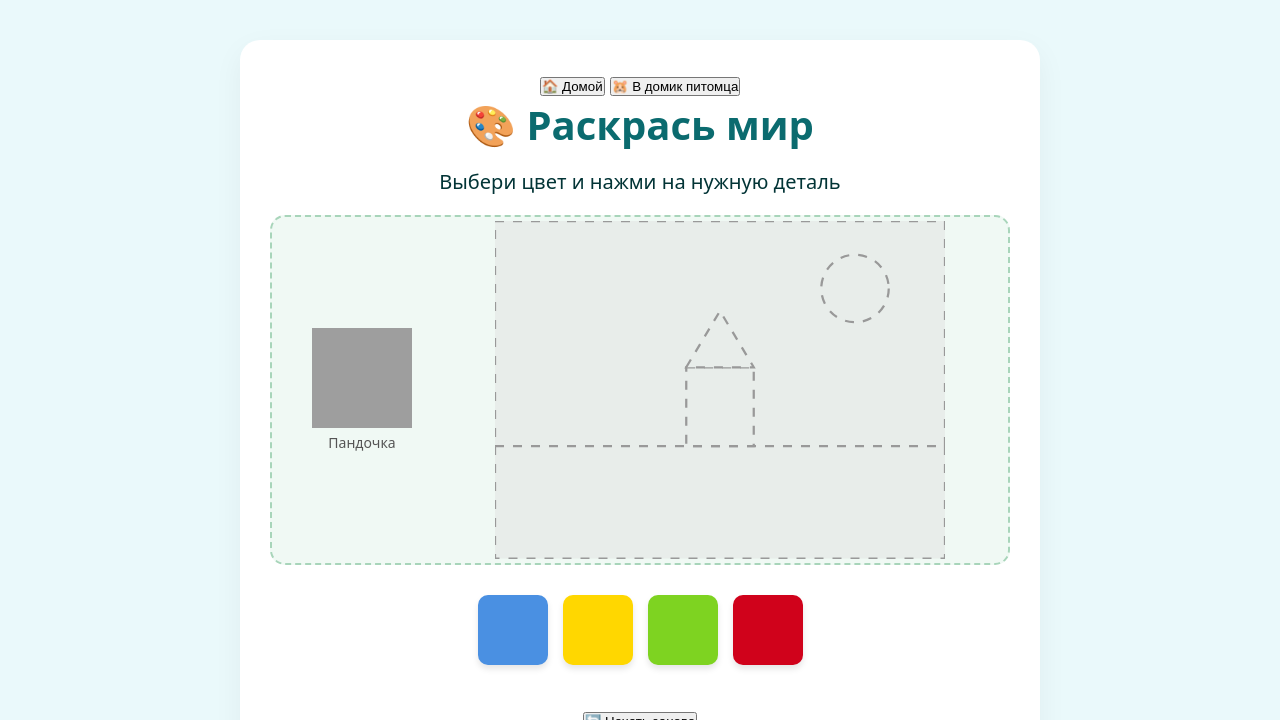
Repository: HOADF/kids-career-world
Page: games/artist/artist-game.html
The author's editor kept a copy of each file at every save. The page is drawn from the files as they stood at one save, then again after the next save.
The browser window is 1280 px wide. The pictures show the whole page.
Pictures or frames that could not be fetched are drawn as grey boxes. An inner scrolling area shows only its first screen.

Above is the page before, as saved 2026-03-10 12:12:49.

### games/artist/artist-game.html
<!DOCTYPE html>
<html lang="ru">
<head>
    <meta charset="UTF-8">
    <meta name="viewport" content="width=device-width, initial-scale=1.0">
    <title>Уровень 1 — Пандочка-художник</title>
    <link rel="stylesheet" href="../../style.css">
    <link rel="stylesheet" href="artist-style.css">
</head>
<body>

    <div class="main-card">
        <div class="nav-buttons">
            <button class="btn-nav">🏠 Домой</button>
            <button class="btn-nav">🐹 В домик питомца</button>
        </div>

        <div class="game-header">
            <h1>🎨 Раскрась мир</h1>
            <p>Выбери цвет и нажми на нужную деталь</p>
        </div>

        <div class="game-board">
            <div class="pet-side">
                <div id="speech-bubble" class="bubble hidden"></div>
                <img src="../../pets/artist.svg" alt="Пандочка" class="pet-img">
                <span class="pet-name">Пандочка</span>
            </div>

            <div class="canvas-area">
                <svg viewBox="0 0 200 150" id="paint-svg">
                    <rect id="sky" class="paint-area" data-correct="blue" data-name="Небо" x="0" y="0" width="200" height="100" />
                    <rect id="ground" class="paint-area" data-correct="green" data-name="Травка" x="0" y="100" width="200" height="50" />

                    <circle id="sun" class="paint-area" data-correct="yellow" data-name="Солнышко" cx="160" cy="30" r="15" />

                    <rect id="house" class="paint-area" data-correct="red" data-name="Домик" x="85" y="65" width="30" height="35" />
                    <path id="roof" class="paint-area" data-correct="red" data-name="Крыша" d="M85 65 L100 40 L115 65 Z" />
                </svg>
            </div>
        </div>

        <div class="palette">
            <div class="color-item" id="blue" data-color="blue" data-hex="#4A90E2" style="background-color: #4A90E2;"></div>
            <div class="color-item" id="yellow" data-color="yellow" data-hex="#FFD700" style="background-color: #FFD700;"></div>
            <div class="color-item" id="green" data-color="green" data-hex="#7ED321" style="background-color: #7ED321;"></div>
            <div class="color-item" id="red" data-color="red" data-hex="#D0021B" style="background-color: #D0021B;"></div>
        </div>

        <div class="bottom-nav">
            <button onclick="location.reload()" class="btn-action">🔄 Начать заново</button>
            <button id="finish-btn" class="btn-action hidden">🏠 На главную</button>
        </div>
    </div>

    <script src="artist-game.js"></script>
</body>
</html>

### style.css
/* ---------- Базовые стили ---------- */

:root {
  --color-bg: #eaf9fb;
  --color-accent: #ffb44a;
  --color-text: #023436;
  --color-subtle: #0b6b6f;
  --color-white: #ffffff;

  --transition-fast: 0.3s ease;
  --transition-slow: 0.6s ease;
}

* {
  box-sizing: border-box;
  margin: 0;
  padding: 0;
}

html, body {
  width: 100%;
  height: 100%;
  font-family: system-ui, "Segoe UI", Roboto, sans-serif;
  color: var(--color-text);
  background-color: var(--color-bg);
  overflow-x: hidden;
}

.hidden {
  display: none !important;
}

/* ---------- Фон ---------- */

.background-decor {
  position: fixed;
  top: 0;
  left: 0;
  width: 100%;
  height: 100%;
  background: linear-gradient(180deg, #eaf9fb 0%, #f8ffff 100%);
  z-index: -1;
}

/* ---------- Структура ---------- */

.page-root {
  display: flex;
  flex-direction: column;
  align-items: center;
  justify-content: center;
  padding: 2rem;
  min-height: 100vh;
}

.welcome-card,
.questions-card,
.result-card {
  background: var(--color-white);
  border-radius: 24px;
  box-shadow: 0 6px 20px rgba(0, 0, 0, 0.08);
  max-width: 900px;
  width: 100%;
  padding: 2rem 3rem;
  display: flex;
  flex-direction: column;
  justify-content: center;
  animation: fadeIn var(--transition-slow);
}

.welcome-inner {
  display: flex;
  align-items: center;
  gap: 2rem;
  flex-wrap: wrap;
  justify-content: center;
}

/* ---------- Пингвинёнок ---------- */

.pet-visual {
  flex: 0 0 180px;
  animation: breathe 4s ease-in-out infinite;
}

@keyframes breathe {
  0%, 100% { transform: translateY(0); }
  50% { transform: translateY(-4px); }
}

/* ---------- Текст и кнопки ---------- */

.welcome-text {
  flex: 1 1 400px;
  text-align: left;
}

h1, h2 {
  font-weight: 700;
  color: var(--color-subtle);
  margin-bottom: 1rem;
}

.lead {
  font-size: 1.1rem;
  line-height: 1.6;
  margin-bottom: 1.5rem;
}

.controls {
  display: flex;
  gap: 1rem;
  flex-wrap: wrap;
  margin-bottom: 1rem;
}

.btn-primary,
.btn-ghost {
  font-size: 1rem;
  border-radius: 12px;
  padding: 0.8rem 1.6rem;
  cursor: pointer;
  transition: all var(--transition-fast);
  border: none;
}

.btn-primary {
  background: var(--color-accent);
  color: var(--color-white);
}

.btn-primary:hover {
  background: #ff9f1a;
  transform: translateY(-2px);
}

.btn-ghost {
  background: transparent;
  color: var(--color-subtle);
  border: 2px solid var(--color-subtle);
}

.btn-ghost:hover {
  background: var(--color-subtle);
  color: var(--color-white);
  transform: translateY(-2px);
}

.small {
  padding: 0.5rem 1rem;
  font-size: 0.9rem;
}

.meta-note {
  font-size: 0.9rem;
  color: #555;
  opacity: 0.8;
}

/* ---------- Опрос ---------- */

.questions-inner {
  display: flex;
  flex-direction: column;
  align-items: center;
  gap: 1rem;
}

.progress {
  font-size: 0.95rem;
  color: #666;
}

.question-title {
  font-size: 1.2rem;
  text-align: center;
  margin-bottom: 1rem;
}

.answers {
  display: flex;
  flex-direction: column;
  gap: 0.8rem;
  width: 100%;
  max-width: 600px;
}

.answers button {
  background: var(--color-bg);
  border: 2px solid transparent;
  border-radius: 12px;
  padding: 0.8rem 1.2rem;
  text-align: left;
  transition: all var(--transition-fast);
  font-size: 1rem;
}

.answers button:hover {
  border-color: var(--color-accent);
  background: #fff8f0;
  transform: translateY(-1px);
}

.answers button.selected {
  border-color: var(--color-accent);
  background: #fff1de;
}

.nav-row {
  display: flex;
  justify-content: space-between;
  width: 100%;
  max-width: 600px;
  margin-top: 1rem;
}

/* ---------- Результат ---------- */

.result-inner {
  display: flex;
  flex-direction: column;
  align-items: center;
  text-align: center;
  gap: 1rem;
}

.result-pet {
  margin-top: 1rem;
  font-size: 1.1rem;
}

.result-games {
  font-size: 1rem;
  color: #333;
}

.result-controls {
  display: flex;
  gap: 1rem;
  margin-top: 1rem;
}

/* ---------- Анимации ---------- */

@keyframes fadeIn {
  from { opacity: 0; transform: translateY(20px); }
  to { opacity: 1; transform: translateY(0); }
}

/* ---------- Адаптивность ---------- */

@media (max-width: 700px) {
  .welcome-card {
    padding: 1.5rem;
  }
  .welcome-inner {
    flex-direction: column;
    text-align: center;
  }
  .controls {
    justify-content: center;
  }
}
/* ========================== */
/* 📱 АДАПТИВНОСТЬ ПОД УСТРОЙСТВА */
/* ========================== */

/* --- Маленькие телефоны (до 480px) --- */
@media (max-width: 480px) {
  body {
    font-size: 14px;
    padding: 0.5rem;
  }

  .welcome-card,
  .questions-card,
  .result-card {
    padding: 1rem;
    border-radius: 1rem;
  }

  .welcome-card h1 {
    font-size: 1.4rem;
    line-height: 1.4;
  }

  .welcome-text p {
    font-size: 0.95rem;
  }

  .controls {
    flex-direction: column;
    gap: 0.75rem;
  }

  button {
    width: 100%;
    font-size: 1rem;
    padding: 0.8rem;
  }

  .pet-visual {
    width: 120px;
    height: 120px;
  }
}

/* --- Средние экраны: планшеты (481px–768px) --- */
@media (min-width: 481px) and (max-width: 768px) {
  body {
    font-size: 16px;
    padding: 1rem;
  }

  .welcome-card,
  .questions-card,
  .result-card {
    padding: 1.5rem;
  }

  .welcome-card h1 {
    font-size: 1.8rem;
  }

  .welcome-text p {
    font-size: 1rem;
  }

  button {
    font-size: 1rem;
    padding: 0.9rem 1.2rem;
  }

  .pet-visual {
    width: 150px;
    height: 150px;
  }
}

/* --- Ноутбуки и большие экраны (769px–1200px) --- */
@media (min-width: 769px) and (max-width: 1200px) {
  body {
    font-size: 18px;
    padding: 1.5rem;
  }

  .welcome-card,
  .questions-card,
  .result-card {
    padding: 2rem;
  }

  .welcome-card h1 {
    font-size: 2rem;
  }

  .pet-visual {
    width: 180px;
    height: 180px;
  }
}

/* --- Очень большие экраны (1200px+) --- */
@media (min-width: 1201px) {
  body {
    font-size: 20px;
    max-width: 960px;
    margin: 0 auto;
  }

  .welcome-card,
  .questions-card,
  .result-card {
    border-radius: 2rem;
  }

  .pet-visual {
    width: 200px;
    height: 200px;
  }
}

### games/artist/artist-style.css
/* Основная карточка как у строителя */
.main-card {
    background: white;
    border-radius: 20px;
    padding: 30px;
    box-shadow: 0 10px 30px rgba(0,0,0,0.05);
    max-width: 800px; /* Жесткий размер ширины */
    margin: 40px auto;
    text-align: center;
    overflow: hidden; /* Защита от вылетания элементов */
}

/* Игровая доска с зеленой пунктирной рамкой */
.game-board {
    border: 2px dashed #a8d5ba; /* Пунктирная рамка */
    background: #f0f9f4; /* Светлый фон */
    border-radius: 15px;
    display: flex;
    justify-content: flex-start; /* Питомец всегда слева */
    align-items: center; /* Элементы по центру по вертикали */
    padding: 20px;
    margin: 20px 0;
    height: 350px; /* КРУПНЫЙ ЖЕСТКИЙ РАЗМЕР */
    position: relative;
}

/* Питомец Пандочка слева */
.pet-side {
    display: flex;
    flex-direction: column;
    align-items: center;
    width: 140px; /* Чёткая ширина для Пандочки */
    margin-right: 20px;
}

.pet-img {
    width: 100px; /* КРУПНАЯ ПАНДОЧКА */
    height: 100px;
}

.pet-name {
    font-size: 14px;
    color: #555;
    margin-top: 5px;
}

/* Область холста */
.canvas-area {
    flex-grow: 1; /* SVG занимает всё оставшееся место */
    display: flex;
    justify-content: center;
    align-items: center;
}

#paint-svg {
    width: 100%; /* SVG тянется на всю ширину canvas-area */
    height: auto; /* Сохраняет пропорции */
    max-width: 450px; /* НО НЕ БОЛЬШЕ ЧЕМ 450px */
}

/* Пунктирные области */
.paint-area {
    fill: #e8edea; /* Серый фон */
    stroke: #999;
    stroke-width: 1;
    stroke-dasharray: 4; /* Пунктир */
    cursor: pointer;
    transition: all 0.3s;
}

/* Палитра (Внизу карточки, как детали строителя) */
.palette {
    display: flex;
    justify-content: center;
    gap: 15px; /* Большие отступы */
    margin: 30px 0; /* Большой отступ от доски */
    height: 80px; /* ЖЕСТКИЙ РАЗМЕР ПАЛИТРЫ */
}

.color-item {
    width: 70px; /* КРУПНЫЕ КНОПКИ */
    height: 70px;
    border-radius: 10px;
    cursor: pointer;
    border: 3px solid transparent; /* Четкий бордер при выборе */
    transition: 0.2s;
    box-shadow: 0 4px 6px rgba(0,0,0,0.1); /* Легкая тень */
}

.color-item.selected {
    border-color: #333; /* Черный бордер при выборе */
    transform: scale(1.1); /* Чуть больше */
}

.color-item.used {
    background: #ccc !important; /* Серый цвет */
    opacity: 0.3;
    pointer-events: none; /* Нельзя нажать */
}

### games/artist/artist-game.js
document.addEventListener('DOMContentLoaded', () => {
    let selectedColor = null;
    let selectedId = null;
    let selectedHex = null;

    const bubble = document.getElementById('speech-bubble');
    const colorItems = document.querySelectorAll('.color-item');
    const areas = document.querySelectorAll('.paint-area');

    // Функция для Пандочки
    function pandaSay(text) {
        bubble.innerText = text;
        bubble.classList.remove('hidden');
        setTimeout(() => bubble.classList.add('hidden'), 3000);
    }

    // Выбор цвета
    colorItems.forEach(item => {
        item.addEventListener('click', () => {
            colorItems.forEach(i => i.classList.remove('selected'));
            selectedColor = item.getAttribute('data-color');
            selectedHex = item.getAttribute('data-hex');
            selectedId = item.id;
            item.classList.add('selected');
        });
    });

    // Покраска
    areas.forEach(area => {
        area.addEventListener('click', () => {
            if (!selectedColor) {
                pandaSay("Сначала нажми на краску внизу! 😊");
                return;
            }

            if (area.getAttribute('data-correct') === selectedColor) {
                // ПРАВИЛЬНО: убираем пунктир, заливаем цветом
                area.style.fill = selectedHex;
                area.style.strokeDasharray = "0";
                area.style.stroke = "none";

                document.getElementById(selectedId).classList.add('used');
                selectedColor = null;

                pandaSay("Здорово! Прямо как настоящее!");
                checkWin();
            } else {
                // ОШИБКА
                pandaSay("Ой, этот цвет сюда не подходит!");
            }
        });
    });

    function checkWin() {
        const remaining = document.querySelectorAll('.color-item:not(.used)');
        if (remaining.length === 0) {
            document.getElementById('finish-btn').classList.remove('hidden');
            pandaSay("Ура! Мы нарисовали шедевр! 🎨");
        }
    }
});

After the next save:
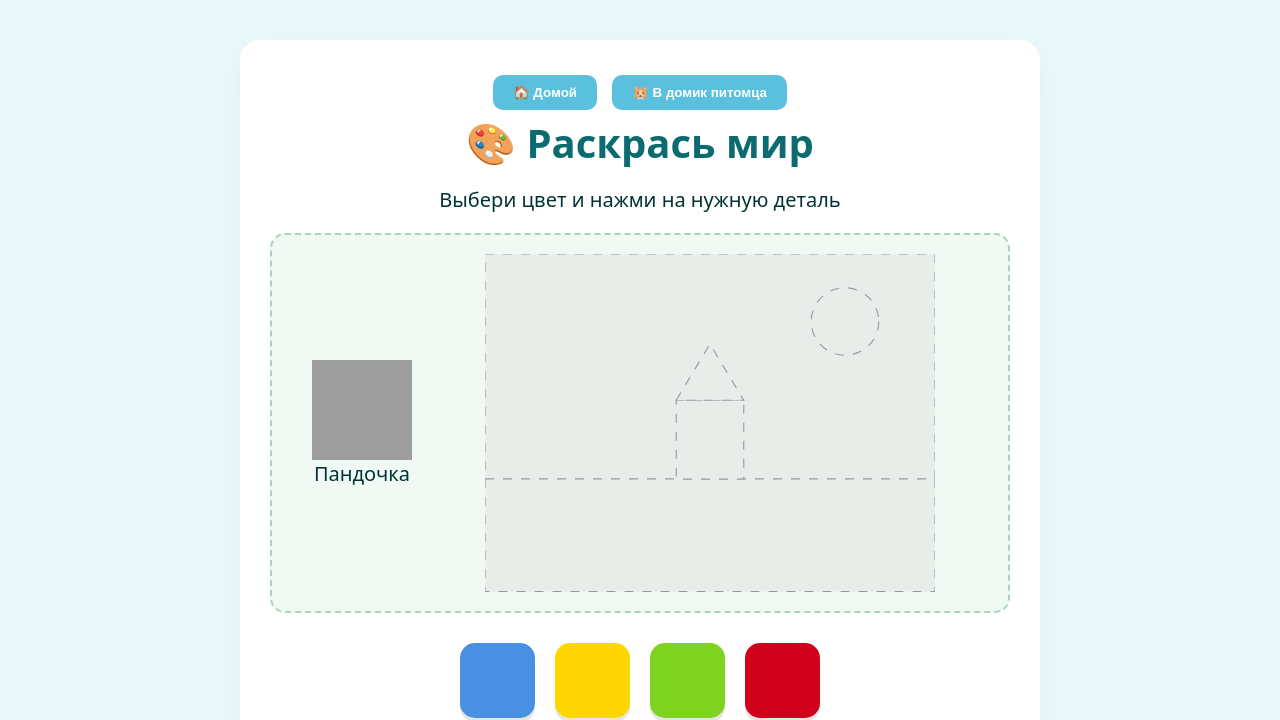
Saved 12 s later.
--- a/games/artist/artist-style.css
+++ b/games/artist/artist-style.css
@@ -1,99 +1,123 @@
-/* Основная карточка как у строителя */
 .main-card {
     background: white;
     border-radius: 20px;
     padding: 30px;
     box-shadow: 0 10px 30px rgba(0,0,0,0.05);
-    max-width: 800px; /* Жесткий размер ширины */
+    max-width: 800px;
     margin: 40px auto;
     text-align: center;
-    overflow: hidden; /* Защита от вылетания элементов */
 }
 
-/* Игровая доска с зеленой пунктирной рамкой */
 .game-board {
-    border: 2px dashed #a8d5ba; /* Пунктирная рамка */
-    background: #f0f9f4; /* Светлый фон */
+    border: 2px dashed #a8d5ba;
+    background: #f0f9f4;
     border-radius: 15px;
     display: flex;
-    justify-content: flex-start; /* Питомец всегда слева */
-    align-items: center; /* Элементы по центру по вертикали */
     padding: 20px;
     margin: 20px 0;
-    height: 350px; /* КРУПНЫЙ ЖЕСТКИЙ РАЗМЕР */
+    height: 380px; /* Фиксированная высота как у строителя */
+    position: relative;
+    align-items: center;
+}
+
+.pet-side {
+    width: 140px;
+    display: flex;
+    flex-direction: column;
+    align-items: center;
     position: relative;
 }
 
-/* Питомец Пандочка слева */
-.pet-side {
-    display: flex;
-    flex-direction: column;
-    align-items: center;
-    width: 140px; /* Чёткая ширина для Пандочки */
-    margin-right: 20px;
-}
-
 .pet-img {
-    width: 100px; /* КРУПНАЯ ПАНДОЧКА */
+    width: 100px;
     height: 100px;
 }
 
-.pet-name {
-    font-size: 14px;
-    color: #555;
-    margin-top: 5px;
+/* Облачко Пандочки */
+.bubble {
+    position: absolute;
+    bottom: 110px;
+    left: 50%;
+    transform: translateX(-50%);
+    background: white;
+    border: 2px solid #333;
+    padding: 8px 12px;
+    border-radius: 15px;
+    font-size: 13px;
+    white-space: nowrap;
+    z-index: 10;
+    box-shadow: 0 4px 8px rgba(0,0,0,0.1);
 }
 
-/* Область холста */
+.bubble::after {
+    content: '';
+    position: absolute;
+    bottom: -10px;
+    left: 50%;
+    transform: translateX(-50%);
+    border: 5px solid transparent;
+    border-top-color: white;
+}
+
 .canvas-area {
-    flex-grow: 1; /* SVG занимает всё оставшееся место */
+    flex-grow: 1;
     display: flex;
     justify-content: center;
-    align-items: center;
 }
 
 #paint-svg {
-    width: 100%; /* SVG тянется на всю ширину canvas-area */
-    height: auto; /* Сохраняет пропорции */
-    max-width: 450px; /* НО НЕ БОЛЬШЕ ЧЕМ 450px */
+    width: 100%;
+    max-width: 450px;
 }
 
-/* Пунктирные области */
 .paint-area {
-    fill: #e8edea; /* Серый фон */
+    fill: #e8edea;
     stroke: #999;
-    stroke-width: 1;
-    stroke-dasharray: 4; /* Пунктир */
+    stroke-width: 0.5;
+    stroke-dasharray: 4;
     cursor: pointer;
-    transition: all 0.3s;
+    transition: fill 0.4s;
 }
 
-/* Палитра (Внизу карточки, как детали строителя) */
+/* Крупная палитра */
 .palette {
     display: flex;
     justify-content: center;
-    gap: 15px; /* Большие отступы */
-    margin: 30px 0; /* Большой отступ от доски */
-    height: 80px; /* ЖЕСТКИЙ РАЗМЕР ПАЛИТРЫ */
+    gap: 20px;
+    margin: 30px 0;
 }
 
 .color-item {
-    width: 70px; /* КРУПНЫЕ КНОПКИ */
-    height: 70px;
-    border-radius: 10px;
+    width: 75px;
+    height: 75px;
+    border-radius: 15px;
     cursor: pointer;
-    border: 3px solid transparent; /* Четкий бордер при выборе */
+    border: 4px solid transparent;
     transition: 0.2s;
-    box-shadow: 0 4px 6px rgba(0,0,0,0.1); /* Легкая тень */
+    box-shadow: 0 4px 0 rgba(0,0,0,0.1);
 }
 
 .color-item.selected {
-    border-color: #333; /* Черный бордер при выборе */
-    transform: scale(1.1); /* Чуть больше */
+    border-color: #333;
+    transform: translateY(-5px);
 }
 
 .color-item.used {
-    background: #ccc !important; /* Серый цвет */
+    background: #ccc !important;
     opacity: 0.3;
-    pointer-events: none; /* Нельзя нажать */
+    pointer-events: none;
+    box-shadow: none;
 }
+
+.hidden { display: none; }
+
+.btn-nav, .btn-action {
+    background: #5bc0de;
+    color: white;
+    border: none;
+    padding: 10px 20px;
+    border-radius: 10px;
+    cursor: pointer;
+    margin: 5px;
+    font-weight: bold;
+}
